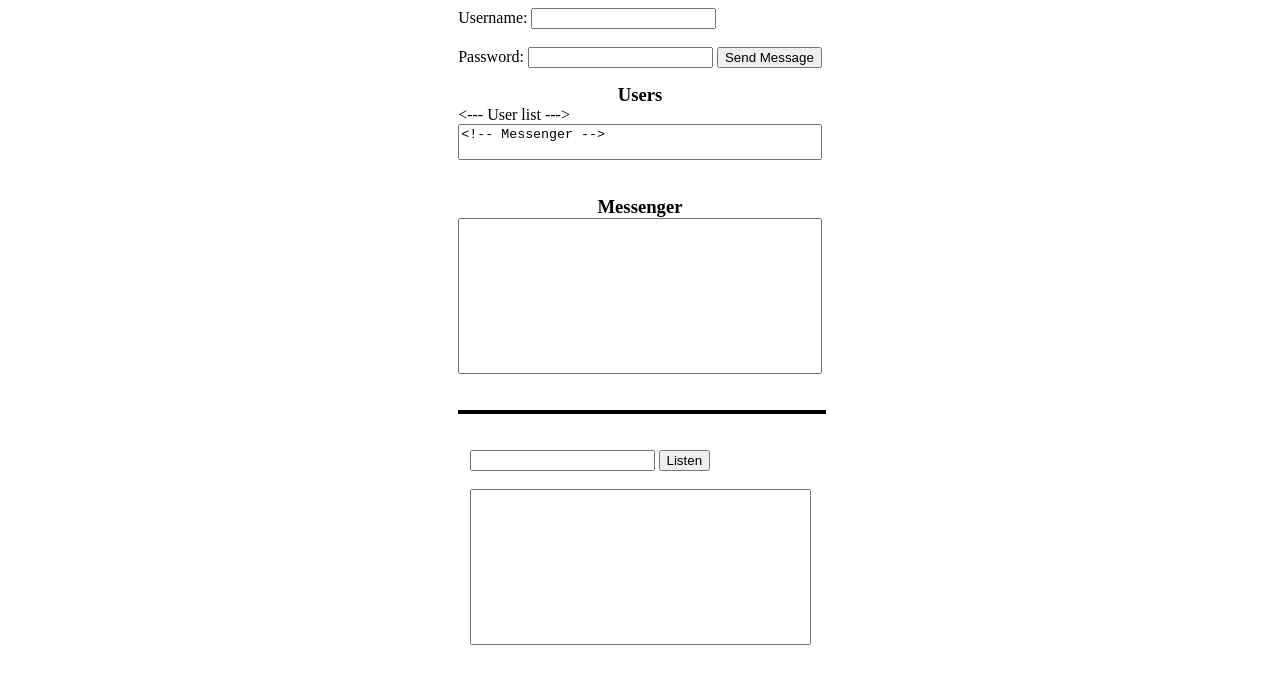
Repository: hosua/it-202
Page: http://localhost/
The author's editor kept a copy of each file at every save. The page is drawn from the files as they stood at one save, then again after the next save.
The browser window is 1280 px wide. The pictures show the whole page.
The page is run by PHP 8.4 with error messages shown; the project is at /var/www/html/. Queries for data that is not in the repository find no rows.

Above is the page before, as saved 2022-12-02 05:33:35.

### assign5/index.php
<html>
    <div class="container">
<?php
include 'info.php';

ini_set("display_errors", 1); // debugging
ini_set("display_startup_errors", 1); // debugging

if (mysqli_connect_errno()){ echo "Failed to connect to MySQL: " . mysqli_connect_error(); exit(); }
?>

<form method=post action="index.php">
    <label for=user>Username: </label>
    <input type=text id=user name=user>
    <br> <br>
    <label for=pass>Password: </label>
    <input type=password id=pass name=pass>
    <input type="submit" value="Send Message">
</form>

<h3 style="margin: auto;"> Users </h3>
<--- User list --->
<textarea readonly id=active-users name=active-users cols=20 rows=2>
<?php
$sql = "SELECT * FROM Users;";
$query_res =$conn->query($sql);
while ($row = $query_res->fetch_assoc()) {
    echo $row['username'] . " ";
}
?>
<!-- Messenger -->
</textarea>
<br> <br>
<h3 style="margin: auto;"> Messenger </h3>
<textarea id=messenger name=messenger cols=40 rows=10>
<?php
    // keyup event => ajax behavior
    // 1st group of ajax functions -- http1 object & functions
    // content copied to database, php does SQL update
?>
</textarea>
<br> <br>
<span class=warning id=warning>
<?php
 // error message here if user fails to login
?>
</span>
</div> <!-- messenger-container -->
<br> <br>
<!-- Listener -->
<div class=container>
    <label for=listener-name>
    <input type=text id=listener-name name=listener-name>
    <button type=button id=listener-button>Listen</button>
    <br> <br>
    <textarea id=listener name=listener cols=40 rows=10>
    </textarea>
</div> <!-- listener-container -->

<link rel="stylesheet" href="styles.css">

</html>

### assign5/info.php
<?php
	session_start();
	$dbserver= "localhost";
	$dbuser= "hoswoo";
	$dbpass = "m1z0m1z0";
	$dbname = "it202";

	$active_page = basename($_SERVER["PHP_SELF"], ".php");

	// This is how to make a .php page unvisitable.
	// User should never be able to visit this page since it only holds information and functions.
	if ( $_SERVER['REQUEST_METHOD']=='GET' && realpath(__FILE__) == realpath( $_SERVER['SCRIPT_FILENAME'] ) ) {
		header("location: index.php");
	}

	$conn = mysqli_connect($dbserver,$dbuser,$dbpass,$dbname);
	if (mysqli_connect_errno()){ echo "Failed to connect to MySQL: " . mysqli_connect_error(); exit(); }
?>

<link rel="stylesheet" href="styles.css">

### assign5/styles.css
.warning {
    border: 2px solid black;
    background-color: red;
    position: relative;
    width: 100%;
}

.container {
    display: grid;
    justify-content: center;
    align-items: center;
}

#active-users {
    resize: none;
}

#messenger {
    resize: none;
}

#listener {
    position: relative;
    width: 100%;
    resize: none;
}

After the next save:
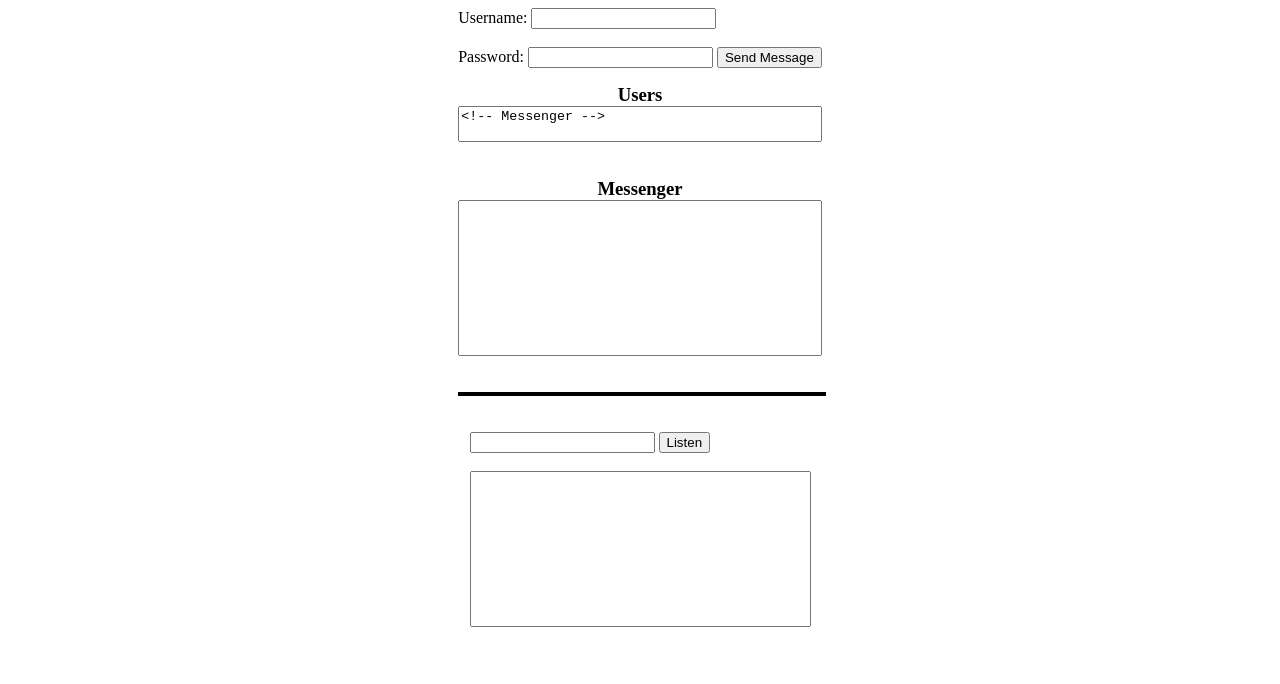
Saved 4 s later.
--- a/assign5/index.php
+++ b/assign5/index.php
@@ -19,7 +19,7 @@ if (mysqli_connect_errno()){ echo "Failed to connect to MySQL: " . mysqli_connec
 </form>
 
 <h3 style="margin: auto;"> Users </h3>
-<--- User list --->
+<!-- User list -->
 <textarea readonly id=active-users name=active-users cols=20 rows=2>
 <?php
 $sql = "SELECT * FROM Users;";
